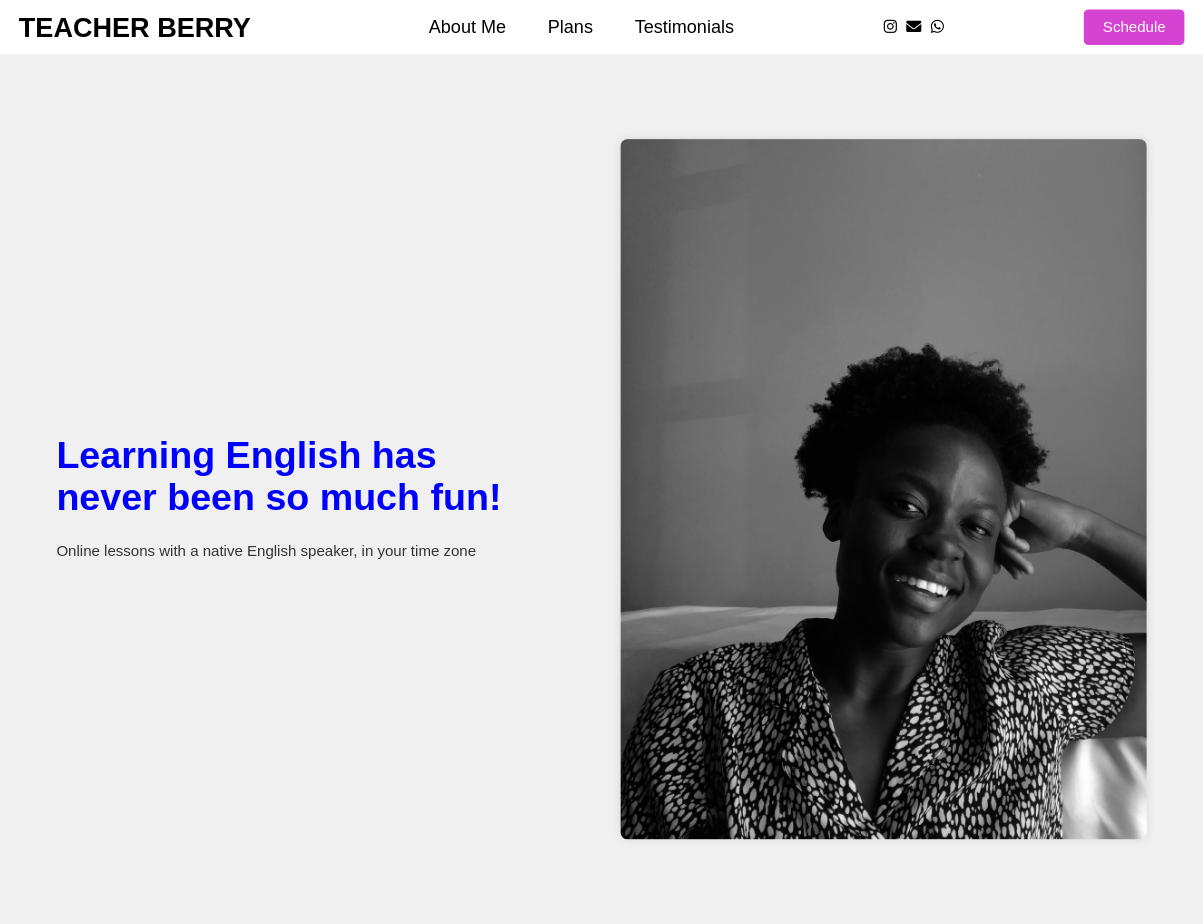
Repository: ntandomagana/esl-landing-page
Page: index.html
These files come from the project's save history. The page is drawn as it stood at one moment and after the next save; the edit follows.
The browser window is 1280 px wide. The pictures show the whole page, at 94% of full size.

Above is the page before, as saved 2024-07-16 23:35:01.

### index.html
<!DOCTYPE html>
<html lang="en">
<head>
    <meta charset="UTF-8">
    <meta name="viewport" content="width=device-width, initial-scale=1.0">
    <link rel="stylesheet" href="https://cdnjs.cloudflare.com/ajax/libs/font-awesome/6.0.0-beta3/css/all.min.css">

    <title>Berry's English</title>
    <link rel="stylesheet" href="index.css">
</head>
<body>
    <!-- Header Section -->
    <header>
        <div class="header-container">
            <div class="logo">Teacher Berry</div>
            <nav>
                <ul>
                    <li><a href="#about">About Me</a></li>
                    <li><a href="#services">Plans</a></li>
                    <li><a href="#testimonials">Testimonials</a></li>

                </ul>
            </nav>
            <div class="social-links">
                <a href="#" class="social-link"><i class="fab fa-instagram"></i></a>
                <a href="mailto:berry@example.com" class="social-link"><i class="fas fa-envelope"></i></a>
                <a href="https://wa.me/1234567890" class="social-link"><i class="fab fa-whatsapp"></i></a>
            </div>
            <a href="#contact" class="schedule-button">Schedule</a>
        </div>
    </header>

    <!-- Left and right division -->
     <section class="content-section">
        <div class="content-wrapper">
            <div class="left-content">
                <h2>Learning English has <br />
                    never been so much fun!</h2>
                <p>Online lessons with a native English speaker, in your time zone</p>
                <a href="#" class="action-button>"Take your first lesson here.</a></a>
            </div>
            <div class="right-content">
                <img src="./assets/bwpp.jpg" alt="Teacher Berry's Image">

            </div>
        </div>

     </section>
    </footer>
</body>
</html>

### index.css
/* styles.css */

body {
    font-family: Arial, Helvetica, sans-serif;
    margin: 0;
    padding: 0;
}

.header-container {
    display: flex;
    justify-content: space-between;
    align-items: center;
    padding: 10px 20px;
    background-color: white;

}

.logo {
    font-size: 1.8rem;
    font-weight: bold;
    text-transform: uppercase;
    color: black;
}

nav {
    margin-left: 20px; /* Add margin to the left of the entire nav element */
}

nav ul {
    list-style-type: none;
    padding: 0;
    margin: 0;
}

nav ul li {
    display: inline;
    margin: 20px; /* Adjust margin to add space between list items */
}

nav ul li:last-child {
    margin-right: 0;
}

nav ul li a {
    color: rgb(2, 2, 2);
    text-decoration: none;
    font-size: 1.2rem;
}

.social-links {
    display: flex;
    align-items: center;
}

.social-link {
    margin-left: 10px;
    color: black;
}

.schedule-button {
    padding: 10px 20px;
    background-color: #d642d2;
    color: #fff;
    text-decoration: none;
    border-radius: 5px;
    transition: background-color 0.3s ease;
}

.schedule-button:hover {
    background-color: #489fbc;
}

.content-section {
    background-color: #f0f0f0;
    padding: 50px 0;
    text-align: center;
}

.content-wrapper {
    display: flex;
    justify-content: space-around;
    align-items: stretch;
    max-width: 1200px;
    margin: 20px auto;
}

.left-content {
    flex: 1;
    padding: 20px;
    text-align: left;
    display: flex;
    flex-direction: column;
    justify-content: center;
    align-items: flex-start;
}


.left-content h2 {
    font-size: 2.5rem;
    color: blue;
    margin-bottom: 10px;
    width: 100%;
}

.left-content p {
    font-size: 1rem;
    color: #333;
    width: 100%;
}

.right-content {
    flex: 1;
    padding: 20px;
    text-align: center;
    display: flex;
    justify-content: center;
    align-items: center;
}

.right-content img {
    max-width: 100%;
    height: auto;
    max-height: 800px; /* Example maximum height, adjust as needed */
    border-radius: 8px;
    box-shadow: 0 0 10px rgba(0, 0, 0, 0.1); /* Optional: Adds a subtle shadow */
}

After the next save:
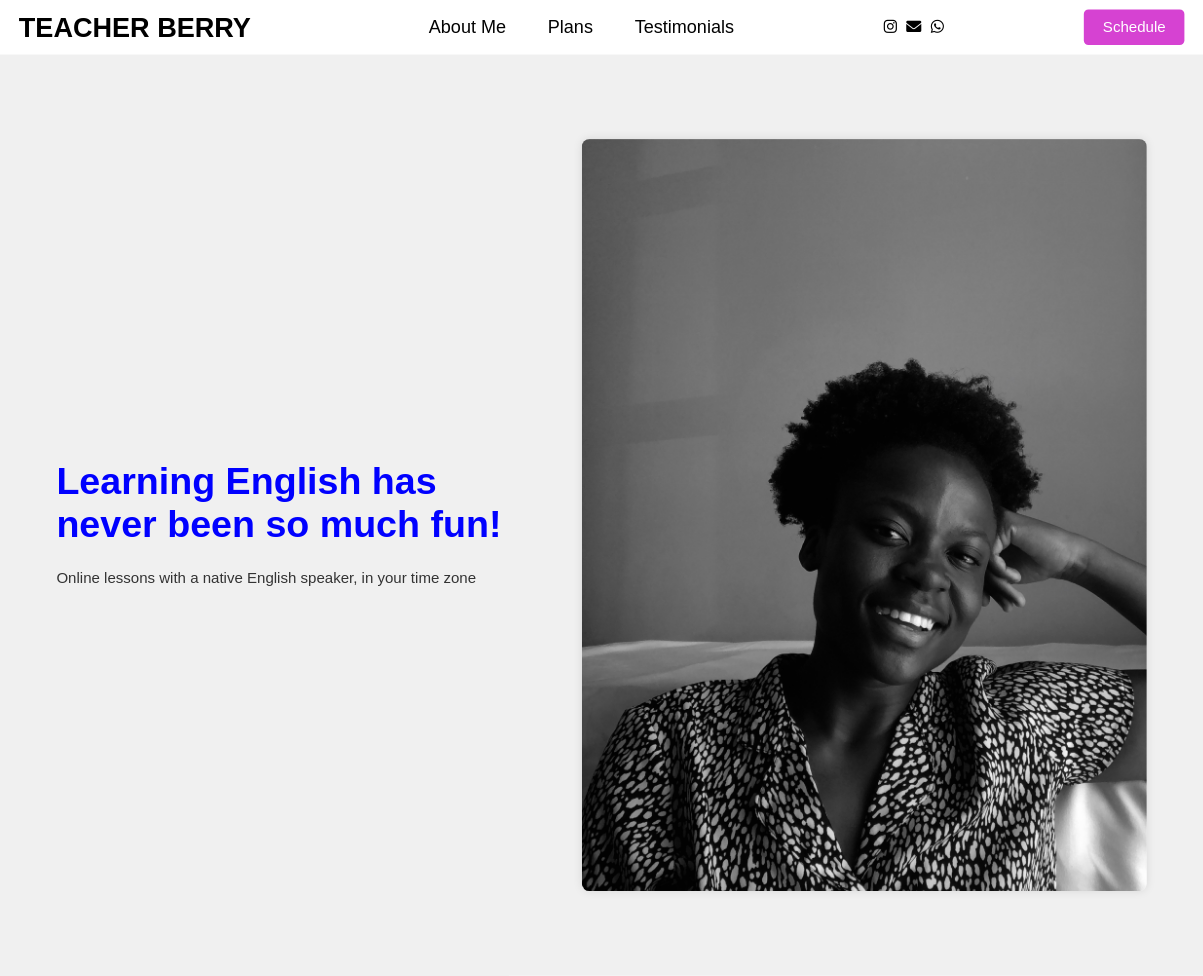
Saved 7 s later.
--- a/index.html
+++ b/index.html
@@ -37,7 +37,7 @@
                 <h2>Learning English has <br />
                     never been so much fun!</h2>
                 <p>Online lessons with a native English speaker, in your time zone</p>
-                <a href="#" class="action-button>"Take your first lesson here.</a></a>
+                <a href="#" class="action-button>"Take your first lesson here.</a>
             </div>
             <div class="right-content">
                 <img src="./assets/bwpp.jpg" alt="Teacher Berry's Image">

After the 4 saves that followed:
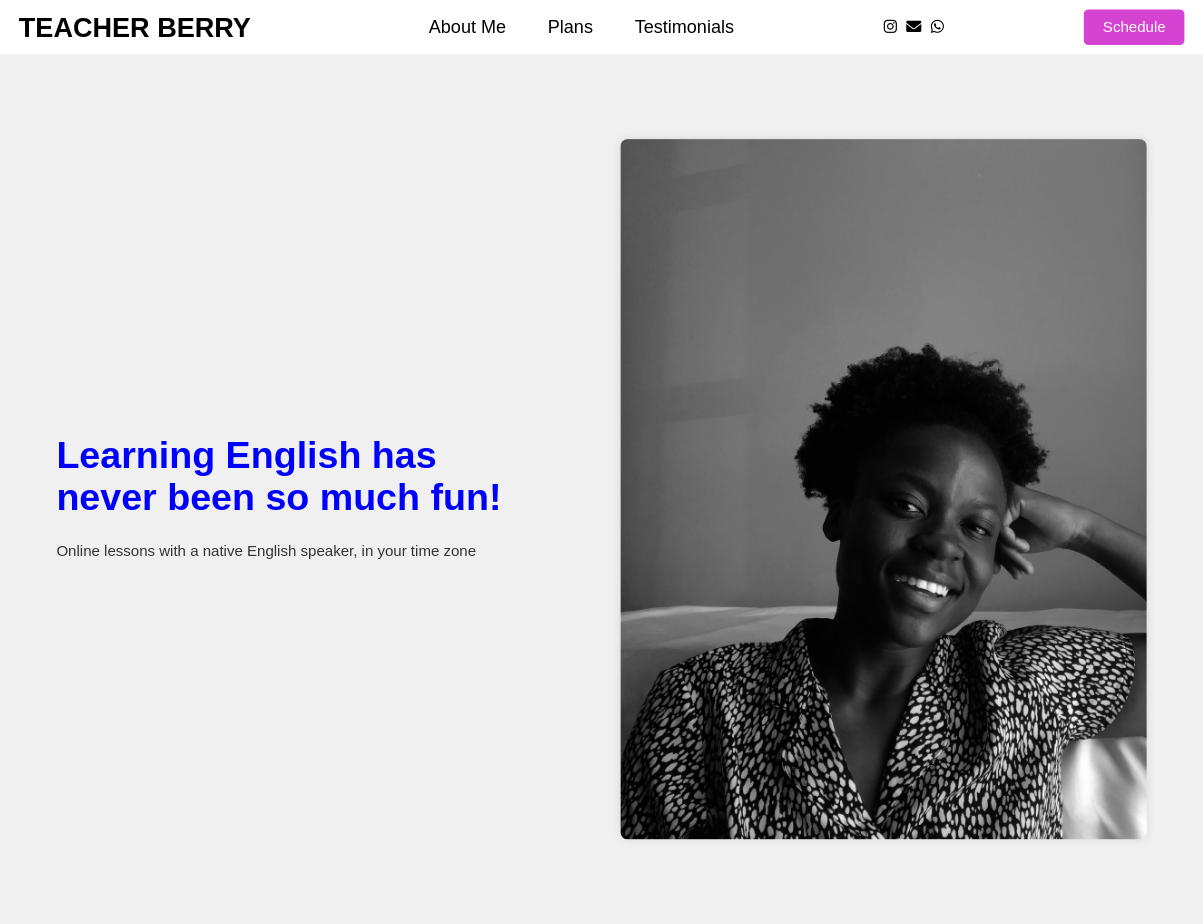
The 4 saves are shown as one change because 2 left the picture as it was and some came seconds apart.
The last was saved 76 s later.
--- a/index.html
+++ b/index.html
@@ -37,7 +37,8 @@
                 <h2>Learning English has <br />
                     never been so much fun!</h2>
                 <p>Online lessons with a native English speaker, in your time zone</p>
-                <a href="#" class="action-button>"Take your first lesson here.</a>
+
+
             </div>
             <div class="right-content">
                 <img src="./assets/bwpp.jpg" alt="Teacher Berry's Image">
--- a/index.css
+++ b/index.css
@@ -124,3 +124,18 @@ nav ul li a {
     border-radius: 8px;
     box-shadow: 0 0 10px rgba(0, 0, 0, 0.1); /* Optional: Adds a subtle shadow */
 }
+
+.action-button {
+    display: inline-block;
+    padding: 10px 20px;
+    background-color: #3498db;
+    color: #fff;
+    text-decoration: none;
+    border-radius: 5px;
+    transition: background-color 0.3s ease;
+    margin-top: 20px; /* Add space above the button */
+}
+
+.action-button:hover {
+    background-color: #2980b9;
+}
